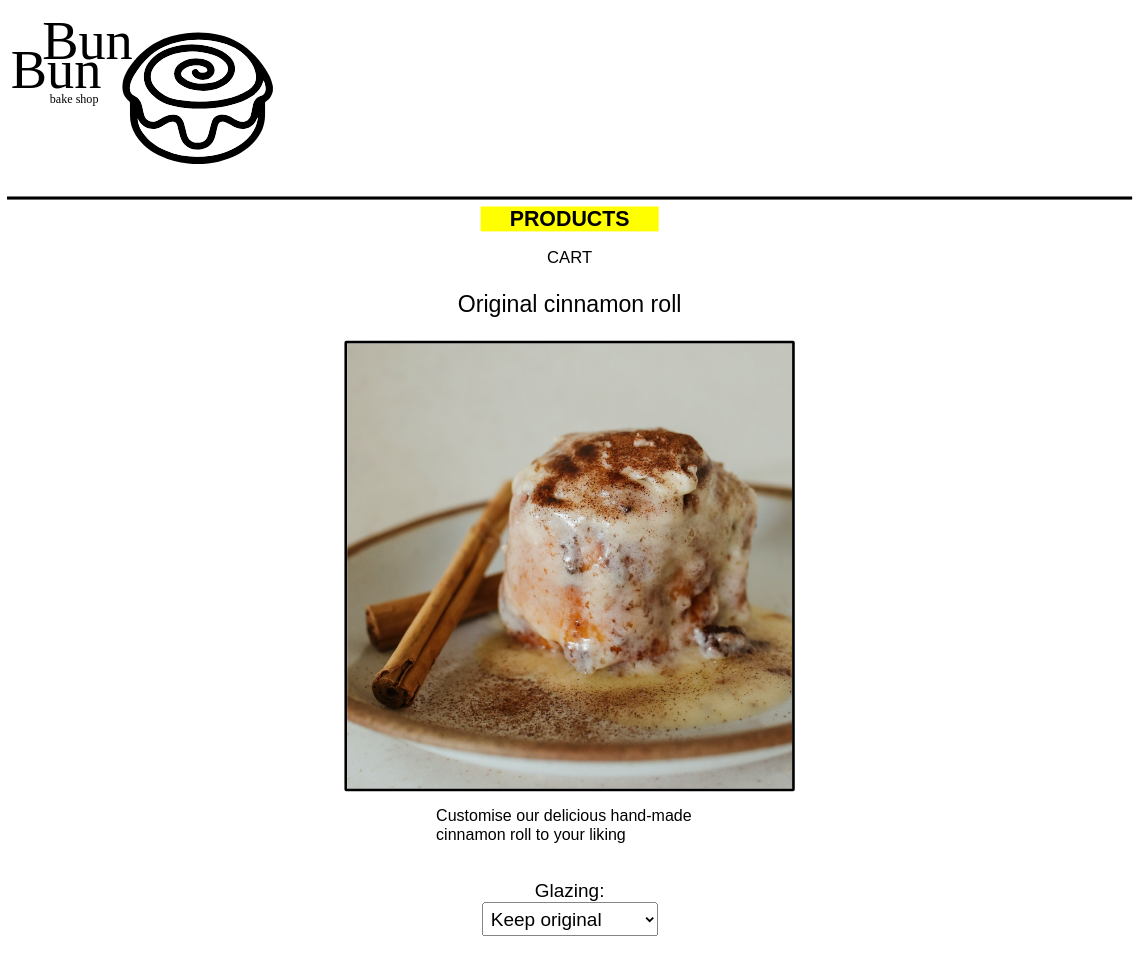
Repository: alicianghm/pui-hw
Page: solution-hw1/HW1-Detail.html
These files come from the project's save history. The page is drawn as it stood at one moment and after the next save; the edit follows.
The browser window is 1280 px wide. The pictures show the whole page, at 89% of full size.

Above is the page before, as saved 2022-09-08 09:53:49.

### solution-hw1/HW1-Detail.html
<!DOCTYPE html>
<html>
  <head>
    <meta charset="utf-8">
    <meta name="author" content="Alicia Ng">
    <title>Bun Bun Bake Shop</title>
    <link href="hw1.css" rel="stylesheet" type="text/css">
  </head>
  <body>
    <h1 id="logo"><img src="assets/logo-01.svg"></h1>
    <hr size="3"
        color="black">
    <div id="nav">
      <h2 id="selectedButton">PRODUCTS</h2>
      <div class="cartButton"><h3>CART</h3></div>
    </div>
    <div>
      <p class="itemTitle"> Original cinnamon roll</p>
      <img src="assets/original-cinnamon-roll.jpeg" id="itemPage">
      <br>
      <div id="container">
        <p class="description"> Customise our delicious hand-made cinnamon roll to your liking</p>
        <br>
          <div class="dropdown-detail">
            <p class="dropdownTitle">Glazing:</label>
            <br>
            <select class="glazing">
              <option value="Keep original">Keep original</option>
              <option value="Sugar milk">Sugar milk</option>
              <option value="Vanilla milk">Vanilla milk</option>
              <option value="Double chocolate">Double chocolate</option>
            </select>
          </div>
        </div>
      </div>
    </div>
  </body>
  </html>

### solution-hw1/hw1.css
body{
  font-family: Arial, Helvetica, sans-serif;
}

#logo{
  max-width: 300px;
}

h2,h3 {
  font-family: Arial, Helvetica, sans-serif;
  font-weight: 300;
  text-align: center;
}

a{
  text-decoration: none;
  color: black;
}

#nav:hover{
  width: 200px;
  margin: 0 auto;
}

.productButton :hover{
  background-color: yellow;
  vertical-align: middle;
  font-weight: 800;
}

.cartButton :hover{
  background-color: yellow;
  text-align: center;
  font-weight: 800;
}

#container{
  width: 300px;
  margin: 0 auto;
}

p {
  font-family: Arial, Helvetica, sans-serif;
  font-weight: 300;
  text-align: center;
}
#title{
  font-size: 32px;
}
.inventory{
  display: block;
  margin: 0 auto;
  width: 302px;
  padding: 2px;
}
.inventory:hover{
  background-color: yellow;
  margin: 0 auto;
  padding: 2px;
}

#itempic{
  width: 300px;
  margin: 0px auto 0px auto;
  border-radius: 2px;
  border-style: solid;
}
.item{
  text-decoration: underline;
  font-size: 26px;
  text-align: left;
  line-height: auto;
}

.price{
  font-size: 28px;
  text-align: left;
  line-height: 10pt;
}

#selectedButton{
  background-color: yellow;
  font-weight: 800;
  margin: 0 auto;
  width: 200px;

}

.itemTitle{
  font-size: 26px;
}

#itemPage{
  width: 500px;
  border-radius: 2px;
  border-style: solid;
  margin: 0 auto;
  display: block;
}

.description{
  width: 300px;
  margin: 0 auto;
  font-size: 18px;
  text-align: left;
}

.dropButton{
  color: red;
  background-color: white;
  border: black;
  border-style: solid;
  font-size: 16px;
  padding: 10px 50px 10px 5px;
}

.dropdown-detail{
  font-size: 16pt;
}

.glazing{
  font-size: 16pt;
  padding: 5px;
}

p.dropdownTitle{
  padding-bottom: 120
  px;
}

After the next save:
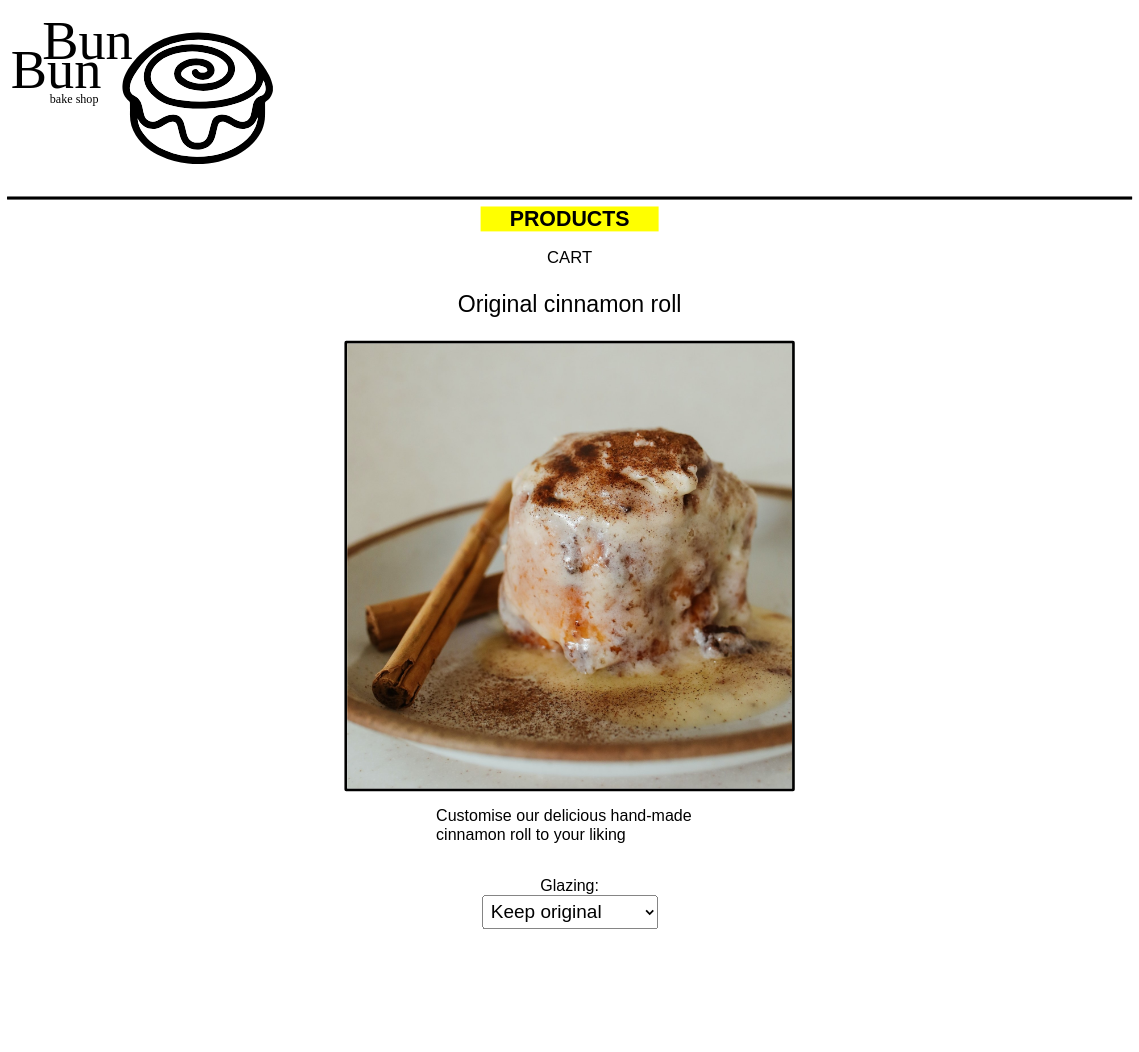
Saved 8 s later.
--- a/solution-hw1/hw1.css
+++ b/solution-hw1/hw1.css
@@ -124,6 +124,6 @@
 }
 
 p.dropdownTitle{
-  padding-bottom: 120
-  px;
+  padding-bottom: 120px;
+  font-size: large;
 }
